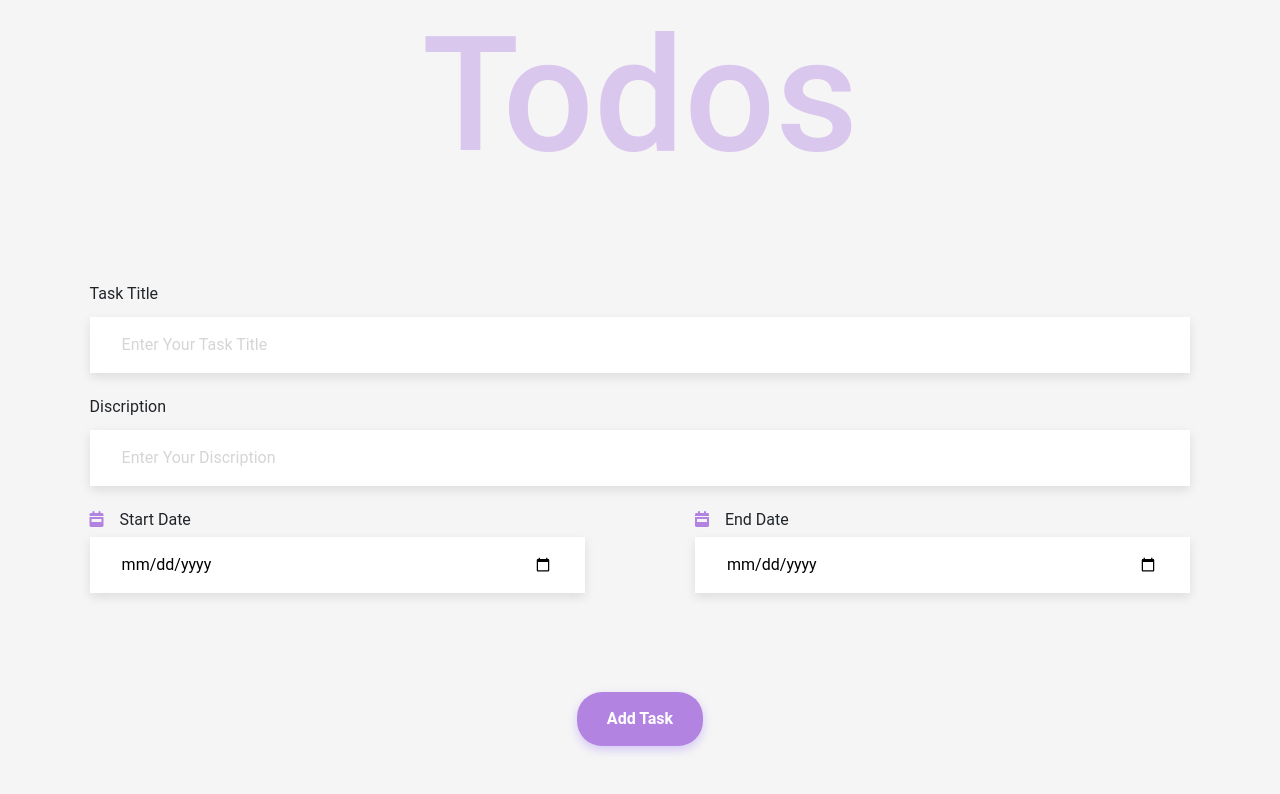
Repository: Surahailat/TypeScript
Page: Mini project 10-3/Project-TS.html
An editor plug-in stored every save of this project. The page is shown before and after the next save, followed by the edit.
The browser window is 1280 px wide. The pictures show the whole page.

Above is the page before, as saved 2025-03-11 00:08:56.

### Mini project 10-3/Project-TS.html
<!DOCTYPE html>
<html lang="en">

<head>
    <meta charset="UTF-8">
    <meta name="viewport" content="width=device-width, initial-scale=1.0">
    <title>Document</title>
    <link href="https://cdnjs.cloudflare.com/ajax/libs/font-awesome/6.0.0-beta3/css/all.min.css" rel="stylesheet">
    <link href="https://cdn.jsdelivr.net/npm/bootstrap@5.3.3/dist/css/bootstrap.min.css" rel="stylesheet"
        integrity="sha384-QWTKZyjpPEjISv5WaRU9OFeRpok6YctnYmDr5pNlyT2bRjXh0JMhjY6hW+ALEwIH" crossorigin="anonymous">
    <style>
        * {
            box-sizing: border-box;
        }

        body {
            background-color: #f5f5f5;
            font-family: "roboto", sans-serif;
            margin: 0;
        }

        h1 {
            color: rgb(179, 131, 226);
            font-size: 10rem;
            text-align: center;
            opacity: 0.4;

        }

        .form {
            margin: 7%;
        }

        .input {
            width: 400px;
            max-width: 100%;
            box-shadow: 0px 4px 10px rgb(0, 0, 0, 0.1);
            margin: auto;
            margin-top: 1%;
            border: none;
            width: 100%;
            display: block;
            padding: 1rem 2rem;
            font-size: 1rem;
            margin-bottom: 2%;
        }

        .input::placeholder {
            color: #d5d5d5;

        }

        .date {
            display: flex;
            flex-direction: row;
            width: 100%;
            justify-content: space-between;
        }

        .form-group {
            width: 45%;
        }

        /* .AddTask {
            background-color: #b383e2;
            color: #d5d5d5;
            text-align: center;
            border: none;
            padding: 17px 34px;
        }*/

        .butt {
            text-align: center;
        }
        .AddTask {
            background-color: #b383e2; /* لون بنفسجي راقي */
            color: white;
            text-align: center;
            border: none;
            padding: 15px 30px;
            font-size: 16px;
            font-weight: bold;
            border-radius: 25px; /* يجعل الزر ناعماً */
            cursor: pointer;
            transition: all 0.3s ease-in-out;
            box-shadow: 0 4px 10px rgba(139, 92, 246, 0.3);
        }

        .AddTask:hover {
            background-color: #a56ae1; /* لون أغمق عند التمرير */
            box-shadow: 0 6px 15px rgba(124, 58, 237, 0.4);
            transform: scale(1.05);
        }

        .AddTask:active {
            background-color: #6d28d9;
            transform: scale(0.98);
        }
        .task-card {
            background-color: #6a0dad;
            color: white;
            border-radius: 15px;
            padding: 20px;
            position: relative;
            width: 300px;
        }
        .task-card .badge {
            position: absolute;
            top: -10px;
            right: 10px;
            background-color: #444;
            padding: 5px 10px;
            border-radius: 5px;
        }
        .task-card .date {
            display: flex;
            align-items: center;
            gap: 5px;
            margin-top: 10px;
        }
        .task-card .completed-btn {
            background-color: #aaf0d1;
            color: black;
            border-radius: 15px;
            padding: 5px 10px;
            border: none;
            font-weight: bold;
        }
        .task-card .actions {
            display: flex;
            align-items: center;
            justify-content: space-between;
            margin-top: 15px;
        }
        .task-card .icon {
            cursor: pointer;
            font-size: 18px;
            color: white;
        }
        .task-card .divider {
            border-top: 1px dashed #ccc;
            margin: 15px 0;
        }
        .task-card .delete-btn {
            background: none;
            border: none;
            color: white;
            font-size: 18px;
            cursor: pointer;
        }
        .container{
            display: flex;
            gap: 100px;
            flex-wrap: wrap;
        }
    </style>
</head>

<body>
    <h1>Todos</h1>
    <div class="form">
        <Label>Task Title</Label>
        <input type="text" class="input" placeholder="Enter Your Task Title " autocomplete="off" id="title">
        <Label>Discription</Label>
        <input type="text" class="input" placeholder="Enter Your Discription " autocomplete="off" id="discription">
        <div class="date">
            <div class="form-group">
                <Label><i class="fa-solid fa-calendar-week" style="color: #b383e2;"></i> &nbsp;&nbsp;&nbsp;Start
                    Date</Label>
                <input type="date" class="input" autocomplete="off" id="startDate">
            </div>
            <div class="form-group">
                <Label><i class="fa-solid fa-calendar-week" style="color: #b383e2;"></i>&nbsp;&nbsp;&nbsp; End
                    Date</Label>
                <input type="date" class="input" autocomplete="off" id="endDate">
            </div>
        </div>
    </div>
    <div class="butt">
        <button type="submit" class="AddTask" onclick="save(event)">Add Task</button>
    </div>
        <div class="container d-flex justify-content-center mt-5" id="view">
<!-- view data -->
    </div>
    <script src="https://cdn.jsdelivr.net/npm/bootstrap@5.3.3/dist/js/bootstrap.bundle.min.js"
        integrity="sha384-YvpcrYf0tY3lHB60NNkmXc5s9fDVZLESaAA55NDzOxhy9GkcIdslK1eN7N6jIeHz"
        crossorigin="anonymous"></script>
    <script src="Project-TS.js"></script>
</body>

</html>

Loaded but not shown: Mini project 10-3/Project-TS.js (no copy from this time; the picture is the same without it)

After the next save:
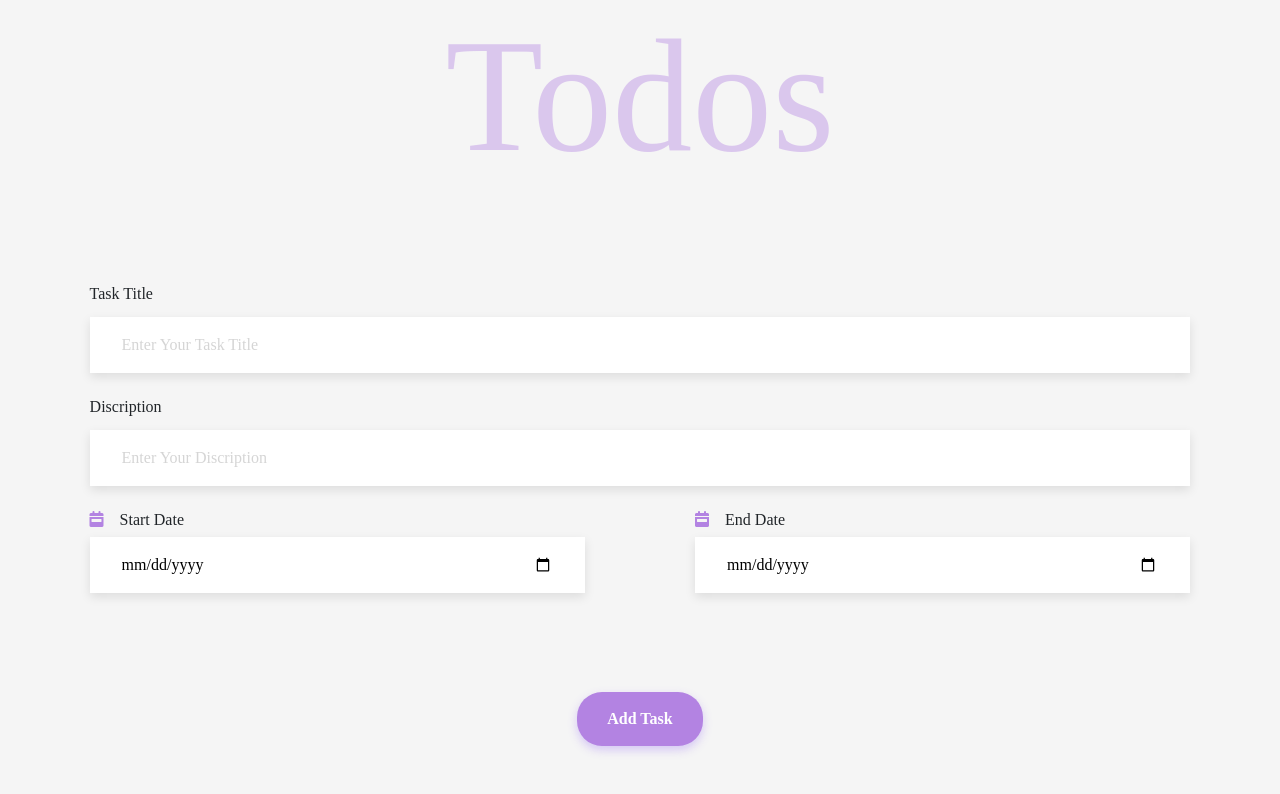
Saved 9 h 29 min later.
--- a/Mini project 10-3/Project-TS.html
+++ b/Mini project 10-3/Project-TS.html
@@ -15,8 +15,7 @@
 
         body {
             background-color: #f5f5f5;
-            font-family: "roboto", sans-serif;
-            margin: 0;
+            font-family: cursive;            margin: 0;
         }
 
         h1 {
